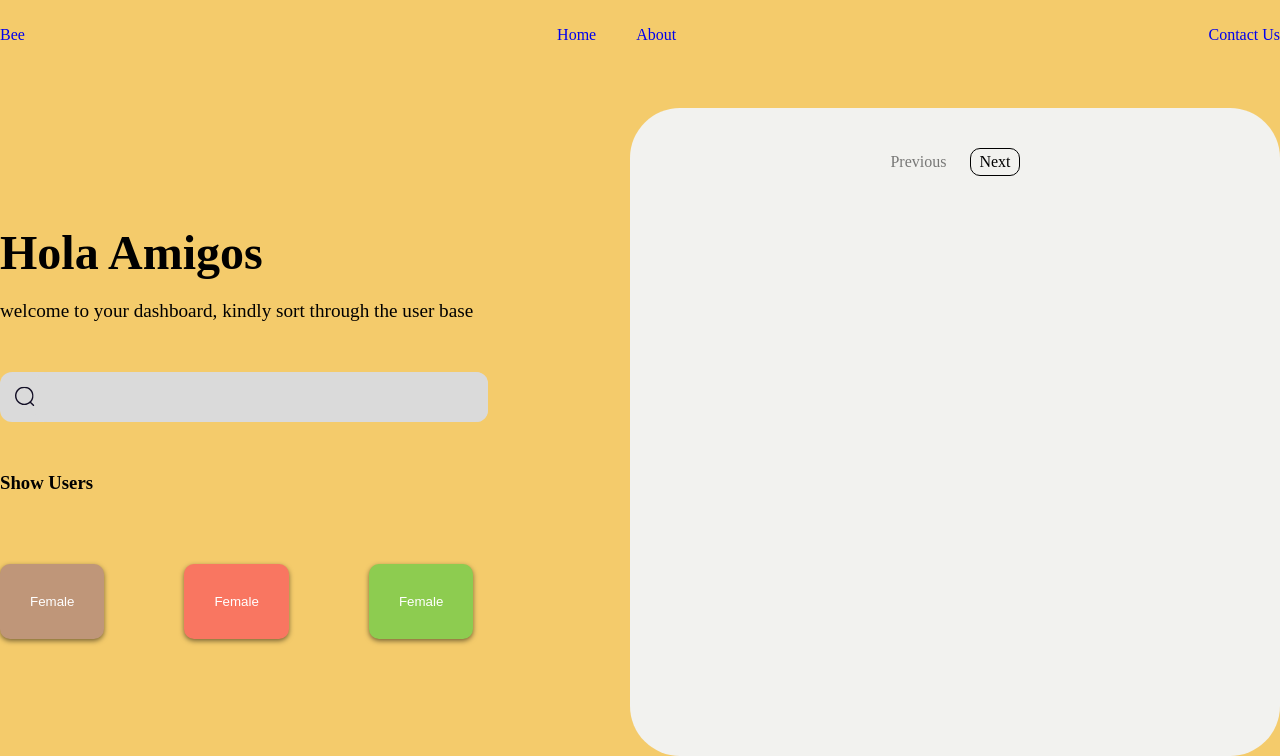
Repository: ble-syn/Random-user-generator-app
Page: /
These files come from the project's save history. The page is drawn as it stood at one moment and after the next save; the edit follows.
The browser window is 1280 px wide. The pictures show the whole page.
The page's requests for data from a server got no answer. The project was rebuilt for these pictures with package versions that can differ from the ones it lists, and the page was loaded fresh each time. No one was signed in, and anything a server would have sent is missing. Also part of the build but not shown: src/components/ErrorBoundaries.jsx, src/pages/About.jsx, src/pages/Policy.jsx, src/pages/Terms.jsx, src/pages/Contact.jsx, src/pages/NotFound.jsx.

Above is the page before, as saved 2022-10-26 21:46:01.

### src/index.css
*{
  margin: 0;
  padding: 0;
  box-sizing: border-box;
}
a {
  text-decoration: none;
}

body {
  background-color: #F4CB6B;
}
.container {
  width: 100%;
  max-width: 1300px;
  margin: 0 auto;

}

nav {
  display: flex;
  justify-content: space-between;
  margin: 2% 0 5%;
}
.menu {
  margin: 0 20px;
}

.home-container{
  display: flex;

  align-items: center;
}
/* LEFT STYLES */
#left {
  flex: 5;
}
#left h1 {
  font-size: 3rem;
  font-weight: 700;
  margin-bottom: 20px;
}
#left p {
  font-size: 1.2rem;
  margin-bottom: 20px;
}
.search-input {
  width: 80%;
  background-color: #dadada;
  border-radius: 12px;
  border: none;
  display: flex;
  place-items: center;
  padding-left: 15px;
  margin: 50px 0;
}
input {
  border: none;
  border-radius: 12px;
  background-color: inherit;
  width: 100%;
  height: 50px;
  padding-left: 5px;
  font-size: 20px;
}
input:focus {
  outline: none;
}
input::placeholder {
  color: #171717;
}
.user-link-cont {
  margin-top: 70px;
}
.user-link{
  margin-right: 80px;
  padding: 30px;
  border-radius: 10px;
  color: #FFF;
  cursor: pointer;
  border: none;
  box-shadow: 0px 2px 5px  rgba(0, 0, 0, 0.5);
}
.all-user {
  background-color: #BF9679;
}
.f-user{
  background-color: #F97661;
}
.m-user{
background-color: #8DCC50;
}

#right{
  height: 90vh;
  flex: 5;
  margin-left: 20px;
  background-color: #F2F2EF;
  border-radius: 50px;
  padding: 20px;
}

.usercard {
  background-color: #F2F2EF;
  border-radius: 20px;
  display: flex;
  justify-content: space-between;
  align-items: center;
  padding: 20px;
  margin: 20px 0;
  box-shadow: 0px 2px 5px  rgba(0, 0, 0, 0.5);
}

img {
 border: 5px solid#8DCC50;
  border-radius: 50%;
  margin: 5px 0;
}

.pagination {
  display: flex;
  justify-content: center;
  align-items: center;
  gap: 12px;
  margin: 20px 0;
}

.pagination-num {
  display: flex;
  justify-content: center;
  align-items: center;
  gap: 12px;
}

.pagination-child,
.prev,
.next {
  opacity: 1;
  border: 1px solid #000;
  padding: 4px 8px;
  cursor: pointer;
  border-radius: 10px;
  transition: all 0.3s ease;
}

.pagination-child:hover,
.prev:hover,
.next:hover {
  transform: scale(1.1);
}

.disabled {
  opacity: 0.5;
  cursor: not-allowed;
}

### src/App.js
import { BrowserRouter as Router, Routes, Route, Navigate} from "react-router-dom";
import Navbar from "./components/Navbar";
import Home from "./pages/Home";
import About from "./pages/About";
import Policy from "./pages/Policy";
import Terms from "./pages/Terms";
import Contact from "./pages/Contact";
import NotFound from "./pages/NotFound";

function App() {
  return (
    <div className="container">
      <Router>
      <Navbar />
        <Routes>
          <Route path="/" element={<Home />} />
          <Route path="/about" element={<About />}>
            <Route path="policy" element={<Policy />} />
            <Route path="terms" element={<Terms />} />
          </Route>
          <Route path="/contact" element={<Contact />} />
          <Route path="/not-found" element={<NotFound />} />
          <Route path="*" element={<Navigate to="/not-found" />} />
        </Routes>
      </Router>

    </div>
  );
}

export default App;

### src/components/Navbar.jsx
import React from "react";
import { Link } from "react-router-dom";

function Navbar() {
    return (
      <nav className="header">
        <div className="logo">
          <Link to="/">Bee</Link>
        </div>


        <div>
            <Link to="/" className="menu">Home</Link>

            <Link to="/about" className="menu">About</Link>
        </div>
        <div>
            <Link to="/contact">Contact Us</Link>
        </div>
      </nav>
    );
  }

export default Navbar;

### src/pages/Home.jsx
import { useState, useEffect } from "react";
import Pagination from "../components/pagination";
import ErrorBoundary from "../components/ErrorBoundaries";
import { Link } from "react-router-dom";
import { ReactComponent as Search } from "../assets/Search.svg"
import User from "../components/User";


function Home() {
  const [users, setUsers] = useState([]);
  // const [loading, setLoading] = useState(true);

  const [currentPage, setCurrentPage] = useState(1);
  const [usersPerPage] = useState(4);

  // get users from the randomuser api
  useEffect(() => {
    const fetchUsers = async () => {
      const res = await fetch("https://randomuser.me/api/?results=20");
      const data = await res.json();
      setUsers(data.results);
      // setLoading(false);
    };

    fetchUsers();
  }, []);

  //   loading state
  // if (loading) {
  //   return <Spinner />;
  // }

  //   pagination logic
  const indexOfLastUser = currentPage * usersPerPage;
  const indexOfFirstUser = indexOfLastUser - usersPerPage;
  const currentUsers = users.slice(indexOfFirstUser, indexOfLastUser);
  const numberOfPages = Math.ceil(users.length / usersPerPage);

  return (
    <div className="home-container">
      <div id="left">
        <h1>Hola Amigos</h1>
        <p>welcome to your dashboard, kindly sort through the user base</p>
        <form action="" className="search-input">
          <Search />
          <input type="text" name="" id="" />
        </form>
        <h3>Show Users</h3>
        <div className="user-link-cont">
        <button
        type="button"
        className="user-link all-user"
      >
        Female
      </button>
      <button
        type="button"
        className="user-link f-user"

      >
        Female
      </button>
      <button
        type="button"
        className="user-link m-user"

      >
        Female
      </button>
        </div>
      </div>


      <div id="right">
        <ErrorBoundary>
            <User currentUsers={currentUsers} />
          </ErrorBoundary>
          <ErrorBoundary>
            <Pagination
              numberOfPages={numberOfPages}
              currentPage={currentPage}
              setCurrentPage={setCurrentPage}
            />
        </ErrorBoundary>
      </div>
    </div>
  );
}

export default Home;

### src/components/pagination.jsx
import { useState, useEffect } from "react";

function Pagination({ numberOfPages, currentPage, setCurrentPage }) {
  const [disabledPrev, setDisabledPrev] = useState(true);
  const [disabledNext, setDisabledNext] = useState(true);

  const pageNum = [...Array(numberOfPages + 1).keys()].slice(1);

  const prevPage = () => {
    if (currentPage !== 1) {
      setCurrentPage(currentPage - 1);
    }
  };

  const nextPage = () => {
    if (currentPage !== numberOfPages) {
      setCurrentPage(currentPage + 1);
    }
  };

  useEffect(() => {
    if (currentPage > 1) {
      setDisabledPrev(false);
    } else {
      setDisabledPrev(true);
    }

    if (currentPage === numberOfPages) {
      setDisabledNext(true);
    } else {
      setDisabledNext(false);
    }
  }, [currentPage, numberOfPages]);

  return (
    <div>
      <section className="pagination">
        <div className={disabledPrev ? "disabled" : "prev"}>
          <p onClick={prevPage}>Previous</p>
        </div>
        <div className="pagination-num">
          {pageNum.map((num) => (
            <div key={num}>
              <p
                onClick={() => setCurrentPage(num)}
                className="pagination-child"
              >
                {num}
              </p>
            </div>
          ))}
        </div>
        <div className={disabledNext ? "disabled" : "next"}>
          <p onClick={nextPage}>Next</p>
        </div>
      </section>
    </div>
  );
}

export default Pagination;

### src/components/User.jsx
import React from "react";

function User({ currentUsers }) {
  return (
    <div className="">
      {currentUsers.map((user) => (
        <div key={user.login.uuid} className="usercard">
          <img src={user.picture.medium} alt={user.name.first} />
          <div>
             <h3>
              {user.name.first} {user.name.last}
            </h3>
            <p>{user.email}</p>
            <p>
              {user.location.city}, {user.location.country}
            </p>
          </div>

        </div>
      ))}
    </div>
  );
}

export default User;

Loaded but not shown: public/index.html (common file); src/index.js (common file); src/reportWebVitals.js (common file)

After the next save:
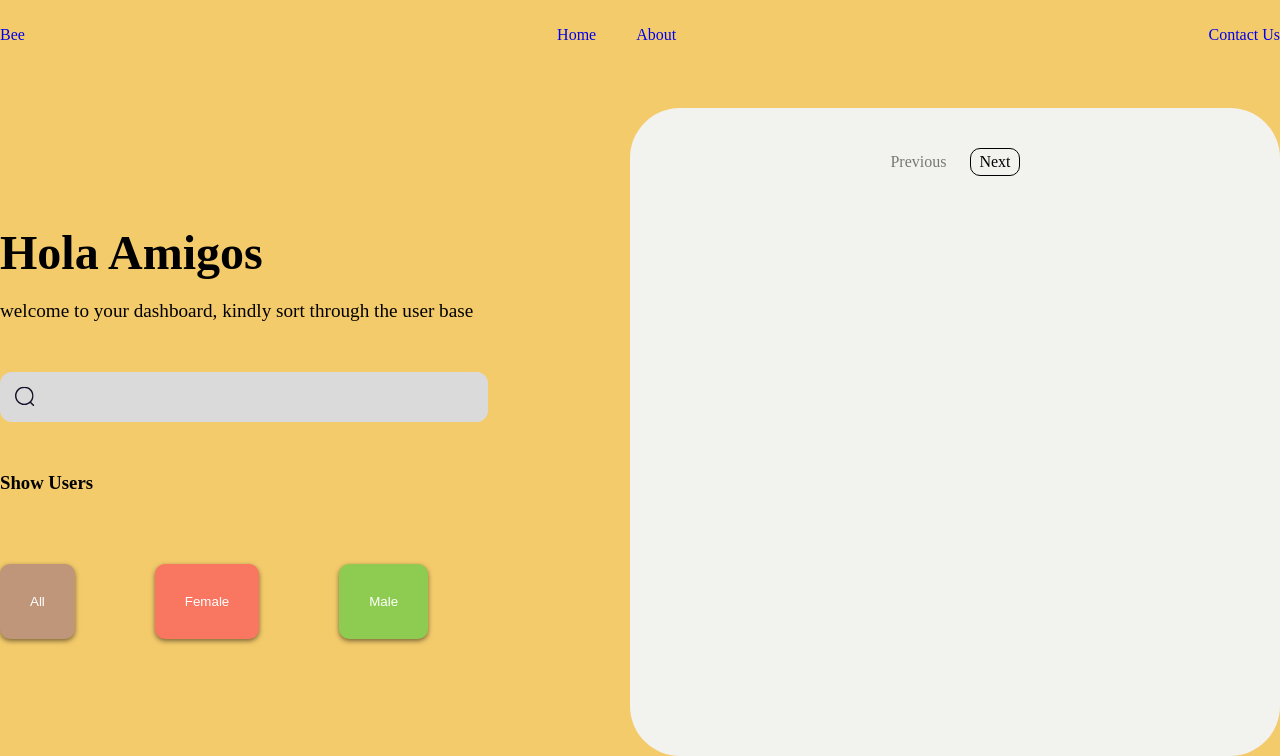
Saved 7 min 23 s later.
--- a/src/pages/Home.jsx
+++ b/src/pages/Home.jsx
@@ -51,7 +51,7 @@ function Home() {
         type="button"
         className="user-link all-user"
       >
-        Female
+        All
       </button>
       <button
         type="button"
@@ -65,7 +65,7 @@ function Home() {
         className="user-link m-user"
 
       >
-        Female
+        Male
       </button>
         </div>
       </div>
